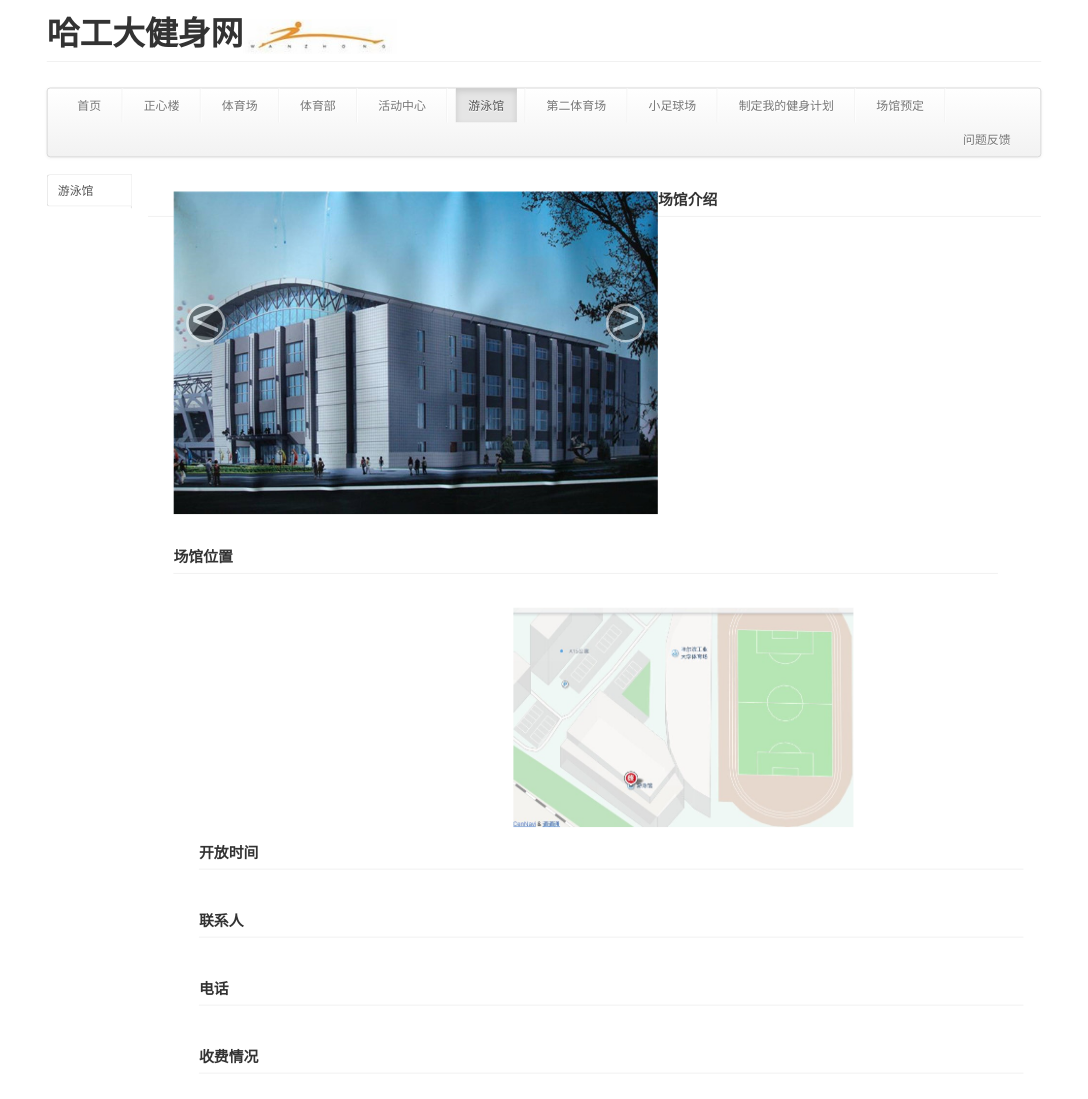
Repository: hitDeveloper/fitness
Page: http://localhost/project/swimming.jsp
The author's editor kept a copy of each file at every save. The page is drawn from the files as they stood at one save, then again after the next save.
The browser window is 1280 px wide. The pictures show the whole page, at 85% of full size.
The page is served by Tomcat 9. Nobody is signed in. The application's start-up code is not run.

Above is the page before, as saved 2014-11-05 00:15:16.

After the next save:
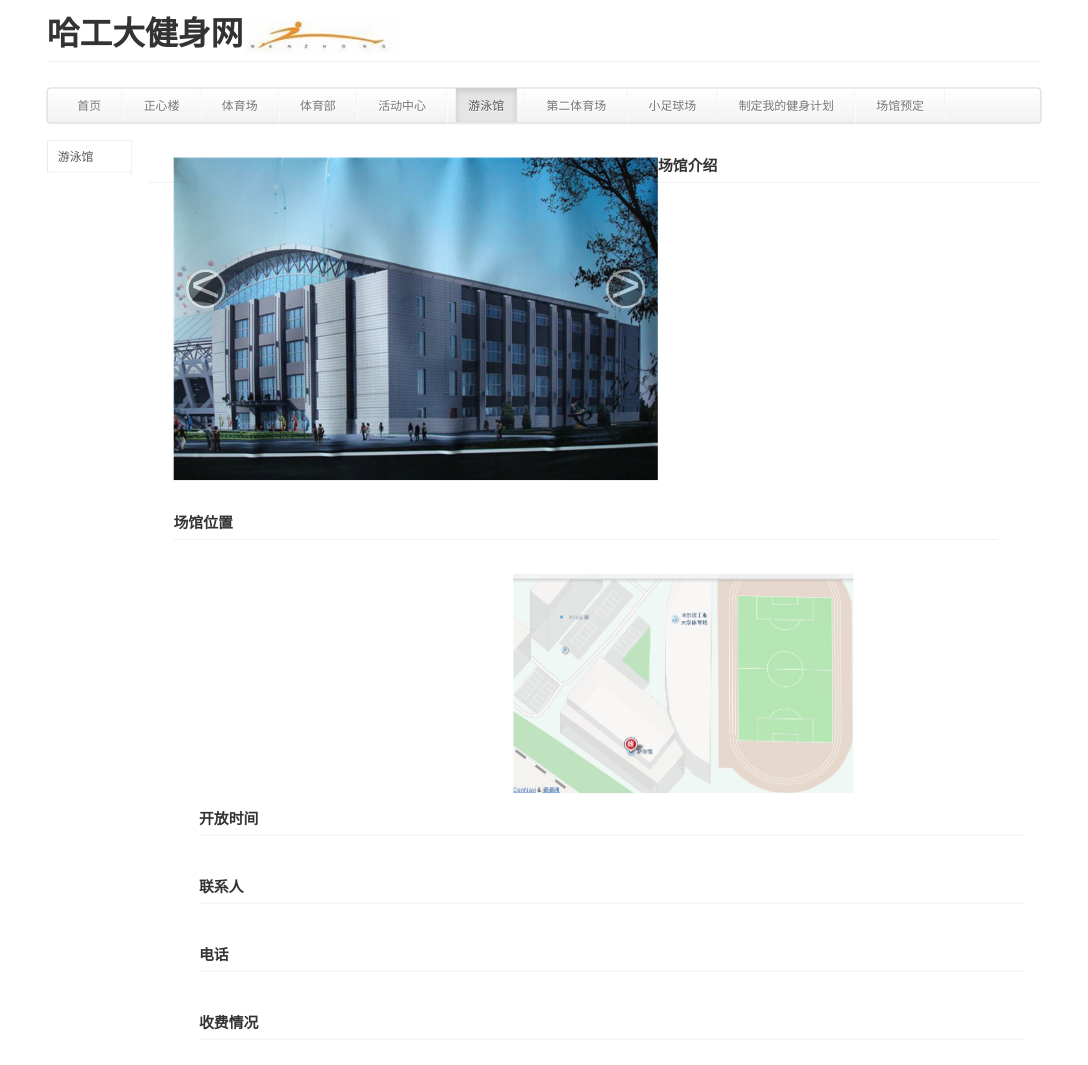
Saved 22 s later.
--- a/Project/project/WebRoot/swimming.jsp
+++ b/Project/project/WebRoot/swimming.jsp
@@ -34,9 +34,6 @@
 	<li class="divider-vertical"></li>
 	<li><a href="myplan.jsp">场馆预定</a></li>
 	<li class="divider-vertical"></li>
-</ul>
-<ul class="nav pull-right">
-	<li><a href="problem.jsp">问题反馈</a></li>
 </ul>
 </div>
 </div>
